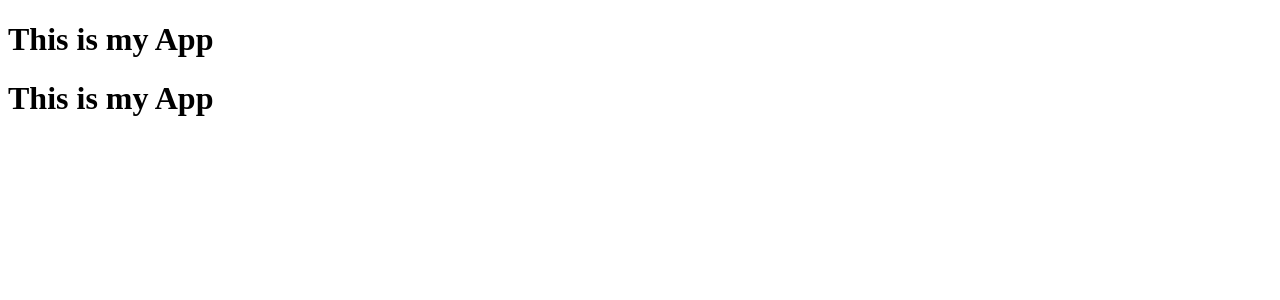
Repository: Diar001/myappsample
Page: index.html
These files come from the project's save history. The page is drawn as it stood at one moment and after the next save; the edit follows.
The browser window is 1280 px wide. The pictures show the whole page.

Above is the page before, as saved 2020-11-08 17:15:13.

After the next save:
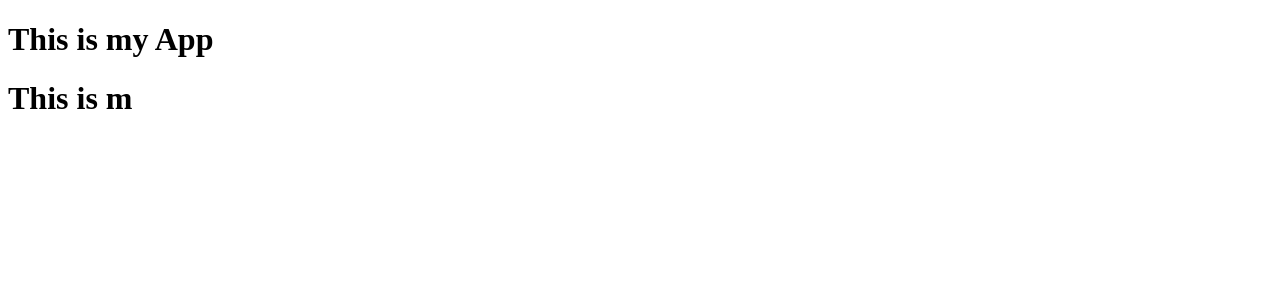
Saved 4 s later.
--- a/index.html
+++ b/index.html
@@ -9,6 +9,6 @@
 </head>
 <body>
     <h1>This is my App</h1>
-    <h1>This is my App</h1>
+    <h1>This is m</h1>
 </body>
 </html>
